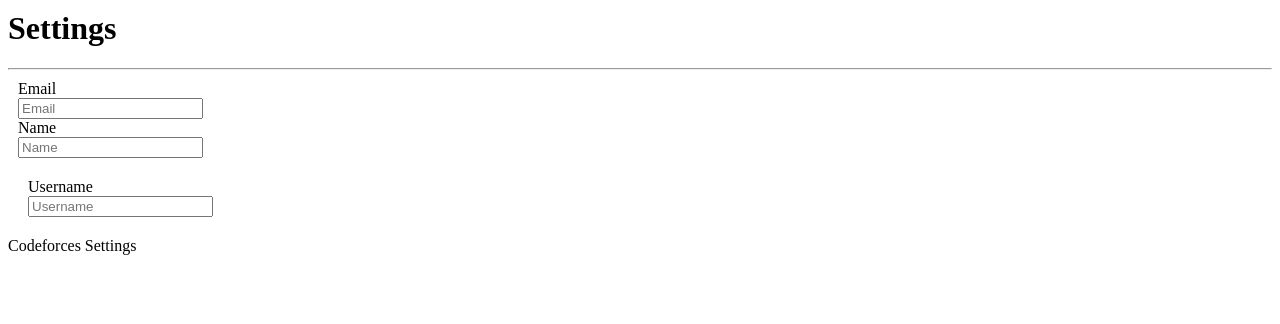
Repository: cjtoribio/algopit
Page: nodejs/public/partials/settings.html
The author's editor kept a record of every edit. The page is drawn from the files as they stood at one moment, then again after the next edit.
The browser window is 1280 px wide. The pictures show the whole page.

Above is the page before.

### nodejs/public/partials/settings.html
    <div class="container" style="margin-top:10px">
			<div class="col-md-12">
			    <h1>Settings</h1>
			    <hr />
			    <algo-tab>

			        <algo-pane title="General">
			            <div class="container" style="margin: 10px;">
			                <form class="form-horizontal">

  								<div class="form-group">
								<label for="i1" class="col-sm-1 control-label">Email</label>
								<div class="col-sm-4">
									<input type="email" class="form-control" id="i1" placeholder="Email">
								</div>
								</div>
								<div class="form-group">
								<label for="i1" class="col-sm-1 control-label">Name</label>
								<div class="col-sm-4">
									<input type="email" class="form-control" id="i1" placeholder="Name">
								</div>
								</div>
			                </form>
			            </div>
			        </algo-pane>

			        <algo-pane title="Spoj">
			            <div class="container" style="margin: 20px;">
			                <form class="form-horizontal">
								<div class="form-group">
								<label for="i1" class="col-sm-1 control-label">Username</label>
								<div class="col-sm-4">
									<input type="email" class="form-control" id="i1" placeholder="Username">
								</div>
								</div>
			                </form>
		                </div>
			        </algo-pane>


			        <algo-pane title="Codeforces">
			            Codeforces Settings
			        </algo-pane>

			    </algo-tab>
			</div>
	</div>

After the next edit:
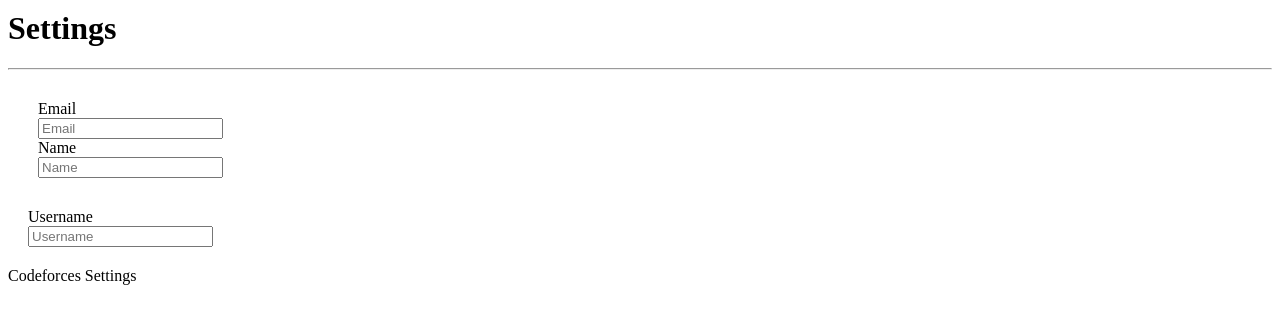
The edit:
--- a/nodejs/public/partials/settings.html
+++ b/nodejs/public/partials/settings.html
@@ -5,7 +5,7 @@
 			    <algo-tab>
 
 			        <algo-pane title="General">
-			            <div class="container" style="margin: 10px;">
+			            <div class="container" style="margin: 30px;">
 			                <form class="form-horizontal">
 
   								<div class="form-group">
